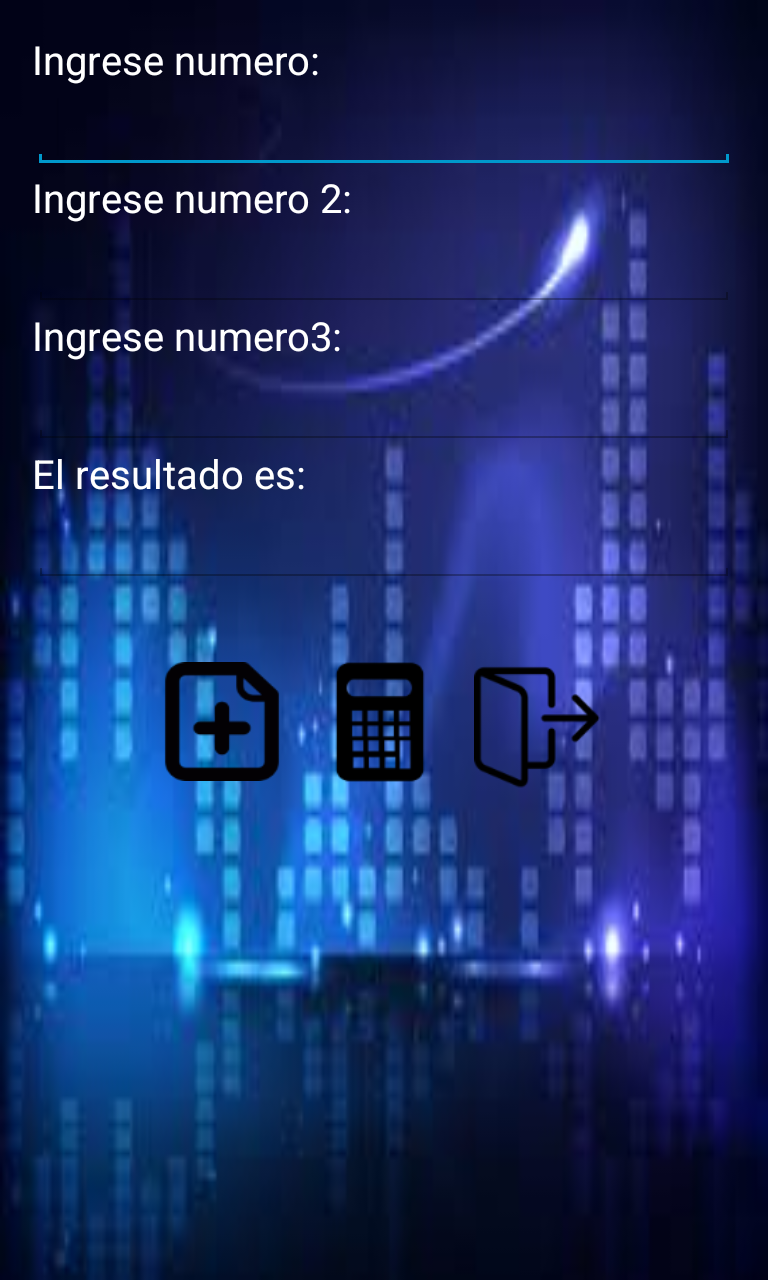
Repository: sherildyasmin06/ServiceAndroid
Layout: AplicacionAndroid/Servicio01/res/layout/activity_sumatoria.xml
These files come from the project's save history. The layout is drawn as it stood at one moment and after the next save; the edit follows.
It is drawn on a 768 x 1280 px phone screen (xhdpi) without system bars, with theme AppTheme; the app's code is not run.

Above is the layout before, as saved 2017-12-06 15:52:06.

After the next save:
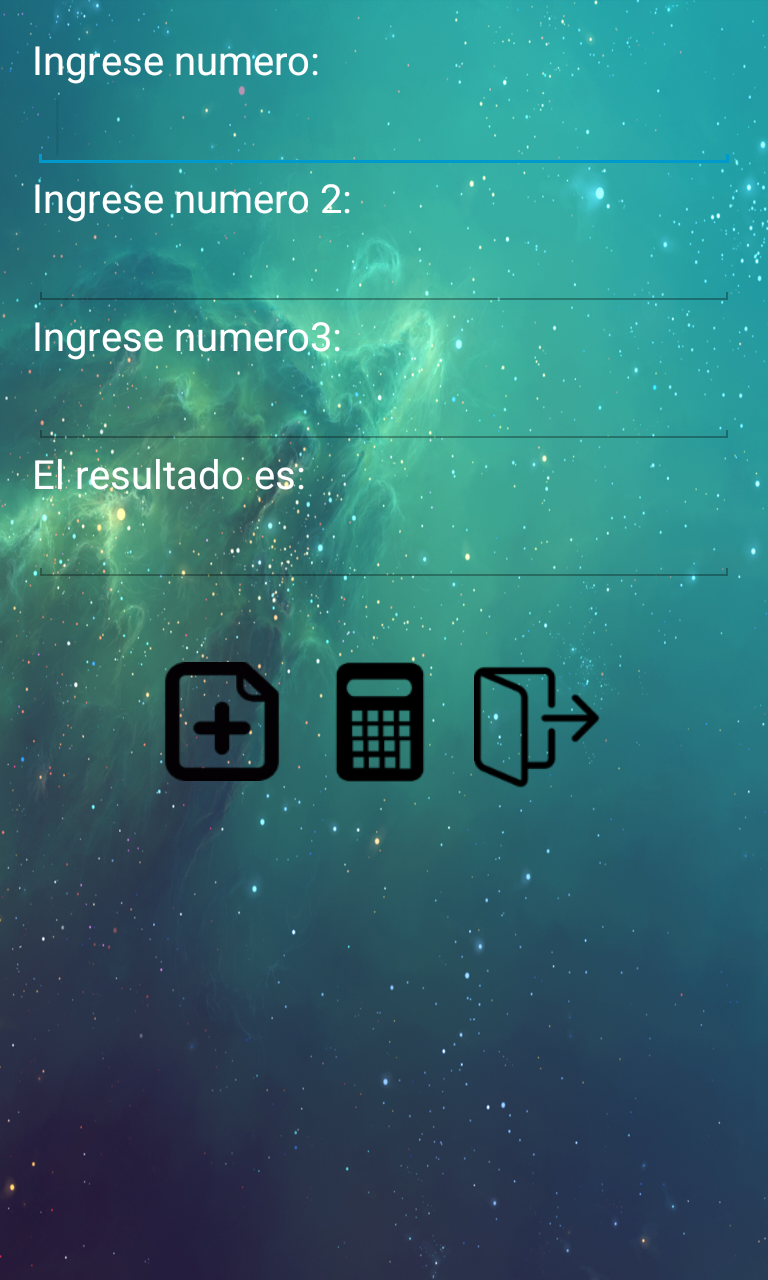
Saved 2 s later.
--- a/AplicacionAndroid/Servicio01/res/layout/activity_sumatoria.xml
+++ b/AplicacionAndroid/Servicio01/res/layout/activity_sumatoria.xml
@@ -2,7 +2,7 @@
     xmlns:tools="http://schemas.android.com/tools"
     android:layout_width="match_parent"
     android:layout_height="match_parent"
-    android:background="@drawable/fondo05"
+    android:background="@drawable/fondo"
     android:paddingBottom="@dimen/activity_vertical_margin"
     android:paddingLeft="@dimen/activity_horizontal_margin"
     android:paddingRight="@dimen/activity_horizontal_margin"
